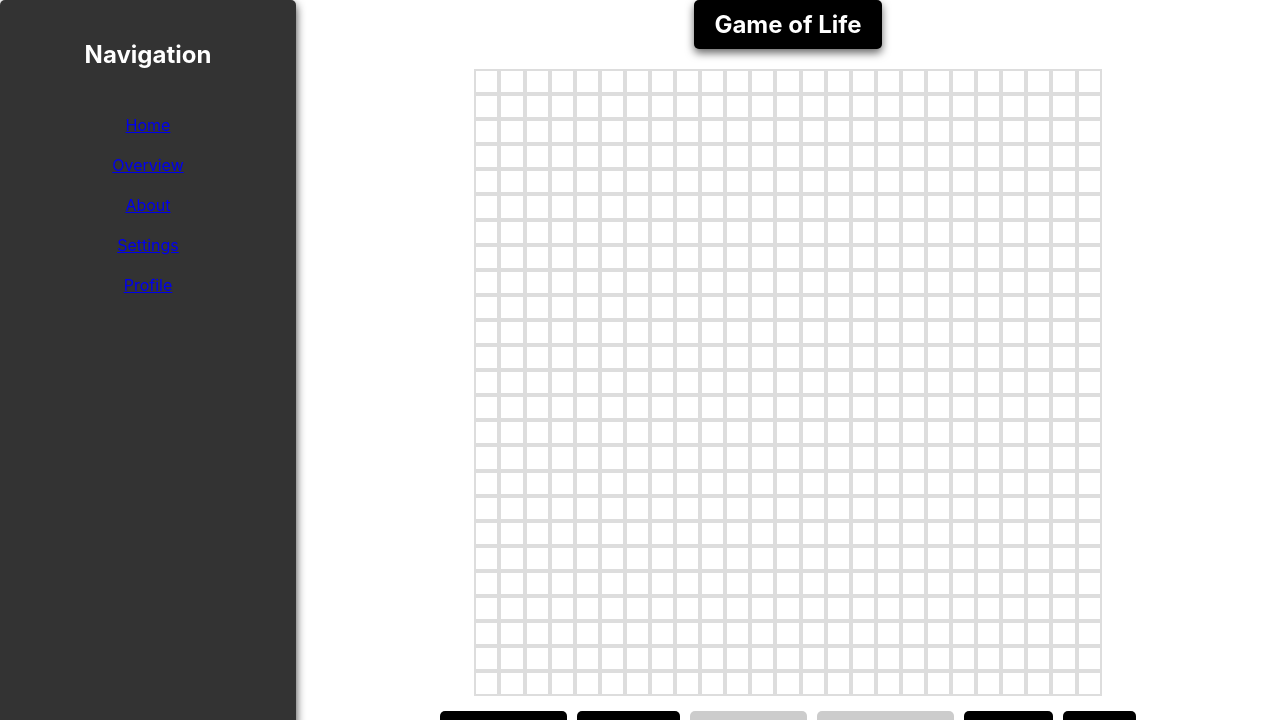
Repository: MarioDiekmann/GameOfLife
Page: /
The author's editor kept a copy of each file at every save. The page is drawn from the files as they stood at one save, then again after the next save.
The browser window is 1280 px wide. The pictures show the whole page.
An inner scrolling area shows only its first screen. The project was rebuilt for these pictures with package versions that can differ from the ones it lists, and the page was loaded fresh each time. Also part of the build but not shown: src/components/InputForm.js, src/components/LoadPatternForm.js, src/components/RegistrationForm.js, src/components/LoginForm.js, src/pages/Overview.js.

Above is the page before, as saved 2024-11-08 00:00:38.

### src/App.js
import React from 'react';
import { BrowserRouter as Router, Route, Routes } from 'react-router-dom';
import Game from './components/Game';
import Overview from './pages/Overview';
import './App.css';
import {AuthProvider} from './AuthContext';


function App() {
  return (
    <AuthProvider>
    <Router>
      <div className="App">
        <Routes>
          <Route path="/" element={<Game/>} />
          <Route path="/Overview" element={<Overview/>} />
        </Routes>
      </div>
    </Router>
    </AuthProvider>
  );
}

export default App;

### src/components/Game.js
import React, { useState, useEffect, useCallback, useRef, useContext } from "react";
import Cell from "./Cell";
import axios from "axios";
import InputForm from "./InputForm";
import './Game.css';
import NavBar from "./NavBar";
import LoadPatternForm from "./LoadPatternForm";
import RegistrationForm from "./RegistrationForm";
import LoginForm from "./LoginForm";
import { AuthContext } from '../AuthContext';

const Game = () => {
    const startingsize = 25;
    const [size, setSize] = useState(startingsize);
    const [epochs, setEpochs] = useState(0);
    const [isEvolving, setIsEvolving] = useState(false);
    const [initialPattern, setInitialPattern] = useState([]);
    const [numResizes, setNumResizes] = useState(0);


    const [isFormVisible, setIsFormVisible] = useState(false); // State to control form visibility
    const [patternRequested, setPatternRequested] = useState(false);
    const [registrationRequested, setRegistrationRequested] = useState(false);
    const [loginRequested, setLoginRequested] = useState(false);
    const initGrid = () => Array.from({ length: size }, () => Array(size).fill(false));
    const [grid, setGrid] = useState(initGrid());
    const [tokenPresent, setTokenPresent] = useState(false);

    const previousGridRef = useRef(grid); // Reference to hold the previous grid

    const { isTokenExpired, handleLogout, token } = useContext(AuthContext);

    useEffect(() => {
        if (isTokenExpired || !token) {
            setTokenPresent(false);
            if (isTokenExpired) {
                alert("Your session has expired. Please log in again.");
                handleLogout();
            }
        } else {
            setTokenPresent(true);
        }
    }, [isTokenExpired, token, handleLogout]);

    const toggleCellState = (row, col) => {
        setGrid(prevGrid => {
            const newGrid = prevGrid.map((r, i) =>
                r.map((cell, j) => (i === row && j === col ? !cell : cell))
            );
            return newGrid;
        });
    };

    const resetGrid = () => {
        setIsEvolving(false);
        setEpochs(0);
        setSize(prevSize => {
            const newGrid = Array.from({ length: startingsize }, () => Array(startingsize).fill(false));
            setGrid(newGrid);
            setInitialPattern(newGrid);
            setNumResizes(0);
            return startingsize;
        });
    };

    const renderGrid = () => {
        return grid.map((row, rowIndex) => (
            <div key={rowIndex} className="row">
                {row.map((cell, colIndex) => (
                    <Cell
                        key={`${rowIndex}-${colIndex}`}
                        isAlive={cell}
                        onClick={() => toggleCellState(rowIndex, colIndex)}
                        numResizes = {numResizes}
                    />
                ))}
            </div>
        ));
    };

    const countNeighboursAlive = useCallback((row, col) => {
        let count = 0;
        for (let i = row - 1; i <= row + 1; i++) {
            for (let j = col - 1; j <= col + 1; j++) {
                if ((i >= 0 && i < size) && (j >= 0 && j < size) && !(i === row && j === col)) {
                    count += grid[i][j] ? 1 : 0;
                }
            }
        }
        return count;
    }, [grid, size]);

    const updateGrid = useCallback(() => {
        let newGrid = grid.map((row, rowIndex) =>
            row.map((cell, colIndex) => {
                const gridCount = countNeighboursAlive(rowIndex, colIndex);
                return cell ? gridCount === 2 || gridCount === 3 : gridCount === 3;
            })
        );
        setGrid(newGrid);
        return newGrid;
    }, [countNeighboursAlive, grid]);

    const saveInitialPattern = () => {
        const deepCopy = grid.map(row => row.slice());
        setInitialPattern(deepCopy); // Save current grid as the initial pattern
    };

    const checkEdges = useCallback(() => {
        const indicesAlive = [];
        // Check upper, right, lower, and left edges
        for (let col = 0; col < size - 2; col++) {
            if (grid[0][col] && grid[0][col + 1] && grid[0][col + 2]) {
                indicesAlive.push([0, col + 1]);
                indicesAlive.push([-1, col + 1]);
            }
        }
        for (let row = 0; row < size - 2; row++) {
            if (grid[row][size - 1] && grid[row + 1][size - 1] && grid[row + 2][size - 1]) {
                indicesAlive.push([row + 1, size - 1]);
                indicesAlive.push([row + 1, size]);
            }
        }
        for (let col = size - 1; col > 1; col--) {
            if (grid[size - 1][col] && grid[size - 1][col - 1] && grid[size - 1][col - 2]) {
                indicesAlive.push([size - 1, col - 1]);
                indicesAlive.push([size, col - 1]);
            }
        }
        for (let row = size - 1; row > 1; row--) {
            if (grid[row][0] && grid[row - 1][0] && grid[row - 2][0]) {
                indicesAlive.push([row - 1, 0]);
                indicesAlive.push([row - 1, -1]);
            }
        }
        return indicesAlive;
    }, [grid, size]);

    const expandGrid = useCallback((indicesAlive) => {
        setGrid(prevGrid => {
            const newSize = 2 * size; // Double the size
            setNumResizes(prev => prev + 1);
            const newGrid = Array.from({ length: newSize }, () => Array(newSize).fill(false));

            // Calculate the offset to center the old grid in the new one
            const rowOffset = Math.floor((newSize - size) / 2);
            const colOffset = Math.floor((newSize - size) / 2);

            // Copy the existing grid to the center of the new grid
            for (let row = 0; row < size; row++) {
                for (let col = 0; col < size; col++) {
                    if (prevGrid[row][col]) {
                        newGrid[row + rowOffset][col + colOffset] = true; // Copy with offsets
                    }
                }
            }

            // Handle indicesAlive and place the alive cells correctly
            for (const [row, col] of indicesAlive) {
                let newRow = row;
                let newCol = col;

                // Adjust row and col if they are outside the original grid
                if (row === -1) newRow = rowOffset - 1;
                if (col === -1) newCol = colOffset - 1;

                newRow += rowOffset;
                newCol += colOffset;

                // Make sure the calculated newRow and newCol are within bounds
                if (newRow >= 0 && newRow < newSize && newCol >= 0 && newCol < newSize) {
                    newGrid[newRow][newCol] = true;  // Mark the cell as alive in the new grid
                }
            }

            setSize(newSize);  // Update size to the new expanded size
            return newGrid;
        });
    }, [size]);

    const runEpoch = useCallback(() => {
        const prevGrid = previousGridRef.current;
        const newGrid = updateGrid();

        const gridsAreEqual = prevGrid.every((row, i) =>
            row.every((cell, j) => cell === newGrid[i][j])
        );

        if (gridsAreEqual) {
            setIsEvolving(false);
            alert("You reached a stillstand");
            return true;
        }

        const indicesAlive = checkEdges(); // Check if we need to expand the grid
        if (indicesAlive.length !== 0) {
            expandGrid(indicesAlive);
        }

        setEpochs(prevEpochs => prevEpochs + 1);
        previousGridRef.current = newGrid;
        return false;
    }, [checkEdges, expandGrid, updateGrid]);

    useEffect(() => {
        if (!isEvolving) return;

        const maxEpochs = 1000;
        let updatedEpochs = 0;

        const interval = setInterval(() => {
            if (updatedEpochs < maxEpochs) {
                const stillstand = runEpoch();
                if (stillstand) {
                    clearInterval(interval);
                }
                updatedEpochs++;
            } else {
                setIsEvolving(false);
                clearInterval(interval);
            }
        }, 2000);

        return () => clearInterval(interval);
    }, [isEvolving, runEpoch]);

    const startEvolution = () => {
        previousGridRef.current = grid;
        saveInitialPattern();
        setIsEvolving(!isEvolving);

    };

    const stopEvolution = () => {
        previousGridRef.current = grid;
        setIsEvolving(!isEvolving);
    };

    const retrievePattern = (pattern)=>{
        initGrid();
        setGrid(pattern);
        setInitialPattern(pattern);
        setEpochs(0);
        setIsEvolving(false);
        setPatternRequested(false);
    }

    const closeForm = () => {
        setIsFormVisible(false); // Close the save pattern form
        setPatternRequested(false); // Close the retrieve pattern form
        setRegistrationRequested(false); // Close the registration form
        setLoginRequested(false); // Close the login form
    };

    const closeLogin = () => {
        setLoginRequested(false); // Close the login form
        window.location.reload();
    };

    const makeFormVisible = () => {
        saveInitialPattern();                                       //now does it work wiout start evolution???
        setIsFormVisible(true); // Show the form to save pattern
    };

    const makeRequestVisible = () => {
        setPatternRequested(true); // Show the form to retrieve pattern
    };

    const makeRegistrationVisible = () => {
        setRegistrationRequested(true); // Show the form to register
    };

    const makeLoginVisible = () => {
        if(token){
            handleLogout();
        }
        else{
        setLoginRequested(true)}; // Show the form to log in

    };



    return (
        <div style={{ display: 'flex', height: '100vh', overflow: 'hidden' }}>
            <NavBar />
            <div style={{ flexGrow: 1, display: 'flex', flexDirection: 'column', alignItems: 'center', overflowY: 'auto' }}>
                <div className="banner">
                    <h1>Game of Life</h1>
                </div>
                <br/>
                <div style={{ display: 'flex', flexDirection: 'column', alignItems: 'center', flexGrow: 1 }}>
                    {renderGrid()}
                    <div className="button-container">
                        <button className="button" onClick={isEvolving ? stopEvolution : startEvolution}>
                            {isEvolving ? "Stop Evolution" : "Start Evolution"}
                        </button>
                        <button className="button reset-btn" onClick={resetGrid}>Reset Grid</button>
                        <button className="button" onClick={makeFormVisible} disabled={!tokenPresent}>Save Pattern</button>
                        <button className="button" onClick={makeRequestVisible} disabled={!tokenPresent}>Retrieve Pattern</button>
                        <button className="button" onClick={makeRegistrationVisible}>Register</button>
                        <button className="button" onClick={makeLoginVisible}>{token ? "Logout" : "Login"}</button>
                    </div>
                </div>

                {/* Conditional form popups */}
                {isFormVisible && (
                    <div className="popup-overlay">
                        <div className="popup-content">
                            <InputForm pattern={initialPattern} onSubmit={closeForm} />
                        </div>
                    </div>
                )}
                {patternRequested && (
                    <div className="popup-overlay">
                        <div className="popup-content">
                            <LoadPatternForm onSubmit={closeForm} dataHandling={retrievePattern} />
                        </div>
                    </div>
                )}
                {registrationRequested && (
                    <div className="popup-overlay">
                        <div className="popup-content">
                            <RegistrationForm onSubmit={closeForm} />
                        </div>
                    </div>
                )}
                {loginRequested && (
                    <div className="popup-overlay">
                        <div className="popup-content">
                            <LoginForm onSubmit={closeLogin} />
                        </div>
                    </div>
                )}
            </div>
        </div>
    );


};

export default Game;

### src/AuthContext.js
import React, { createContext, useState, useEffect, useRef, useCallback } from 'react';

export const AuthContext = createContext();

export const AuthProvider = ({ children }) => {
    const [token, setToken] = useState(localStorage.getItem('authToken'));
    const tokenRef = useRef(token);
    const expirationCheckInterval = useRef(null);

    const isTokenExpired = (token) => {
        if (!token) return true;
        try {
            const { exp } = JSON.parse(atob(token.split('.')[1]));
            return Date.now() >= exp * 1000;
        } catch (error) {
            console.error('Error checking token expiration:', error);
            return true;
        }
    };

    const handleLogout = useCallback(() => {
        console.log('Logging out, clearing token');
        localStorage.removeItem('authToken');
        setToken(null);
        tokenRef.current = null;
        clearInterval(expirationCheckInterval.current);
    }, []);

    const handleExpirationAlert = useCallback(() => {
        console.log('Session expired, alerting user');
        alert('Your session has expired. Please log in again.');
        handleLogout();
    }, [handleLogout]);

    const handleLogin = (newToken) => {
        console.log('Logging in with new token:', newToken);
        localStorage.setItem('authToken', newToken);
        setToken(newToken);
        tokenRef.current = newToken;

        // Check for expiration immediately
        if (isTokenExpired(newToken)) {
            handleExpirationAlert();
        } else {
            startExpirationCheck();
        }
    };

    const startExpirationCheck = useCallback(() => {
        console.log('Starting expiration check interval');
        clearInterval(expirationCheckInterval.current);
        expirationCheckInterval.current = setInterval(() => {
            console.log('Interval tick, checking token expiration');
            if (isTokenExpired(tokenRef.current)) {
                handleExpirationAlert();
            }
        }, 1000);
    }, [handleExpirationAlert]);

    useEffect(() => {
        console.log('useEffect triggered: token is', token);
        tokenRef.current = token;

        if (token) {
            console.log('Token is set, starting expiration check');
            startExpirationCheck();
        } else {
            console.log('No token, clearing interval');
            clearInterval(expirationCheckInterval.current);
        }

        return () => {
            console.log('Clearing interval on unmount or dependency change');
            clearInterval(expirationCheckInterval.current);
        };
    }, [token, startExpirationCheck]);

    return (
        <AuthContext.Provider value={{ token, handleLogin, handleLogout }}>
            {children}
        </AuthContext.Provider>
    );
};

### src/components/Cell.js
import React, { useEffect, useState } from 'react';
import './Cell.css';

const Cell = ({ isAlive, onClick, numResizes }) => {
  const [cellSize, setCellSize] = useState(0);

  useEffect(() => {
    // Update cell size based on screen width and height
    const updateCellSize = () => {
      const screenWidth = window.innerWidth;
      const screenHeight = window.innerHeight;

      // Calculate the number of cells that can fit horizontally and vertically
      const cellsPerRow = Math.floor(screenWidth / 25);
      const cellsPerColumn = Math.floor(screenHeight / 25);

      // Choose the smaller of the two values to ensure the grid fits within the screen
      const screenCellSize = Math.min(screenWidth / cellsPerRow, screenHeight / cellsPerColumn);

      // Apply resizing logic with numResizes
      const finalCellSize = screenCellSize / Math.pow(2, numResizes);

      setCellSize(finalCellSize);
    };

    // Call once on mount and whenever the window is resized
    updateCellSize();
    window.addEventListener('resize', updateCellSize);

    return () => {
      window.removeEventListener('resize', updateCellSize);
    };
  }, [numResizes]);

  return (
    <div
      className={`cell ${isAlive ? 'alive' : 'dead'}`}
      onClick={onClick}
      style={{
        width: `${cellSize}px`,
        height: `${cellSize}px`,
      }}
    ></div>
  );
};

export default Cell;

### src/components/Game.css
/* Set the html and body to occupy the full viewport height */
html, body {
    height: 100%;
    margin: 0;
    overflow: hidden; /* Prevent scrolling */
}

#root, .Game-container {
    height: 100%;
    display: flex;
    flex-direction: column;
}

/* Center and control the size of the grid and buttons container */
.grid-container {
    flex-grow: 1;
    overflow: auto;
    display: flex;
    flex-direction: column;
    align-items: center;
    justify-content: center;
    max-height: 70vh; /* Limit grid height */
}

.button-container {
    display: flex;
    justify-content: center;
    margin-top: 10px;
}

.banner {
    background-color: black;
    padding: 10px 20px;
    text-align: center;
    box-shadow: 0 4px 8px rgba(0, 0, 0, 0.6);
    border-radius: 5px;
}

.banner h1 {
    color: white;
    font-size: 2.5em;
    text-shadow: 2px 2px 5px rgba(0, 0, 0, 0.8);
    margin: 0;
}

.button {
    background-color: black;
    color: white;
    padding: 10px 20px;
    border: none;
    border-radius: 5px;
    cursor: pointer;
    margin: 5px;
    text-shadow: 2px 2px 5px rgba(0, 0, 0, 0.8);
}

.button:hover {
    background-color: #333;
}

.button:disabled {
    background-color: #ccc;
    color: #666;
    cursor: not-allowed;
}

/* Overlay for modals */
.popup-overlay {
    position: fixed;
    top: 0;
    left: 0;
    width: 100vw;
    height: 100vh;
    background: rgba(0, 0, 0, 0.5);
    display: flex;
    justify-content: center;
    align-items: center;
    z-index: 1000;
}

.popup-content {
    background: white;
    padding: 20px;
    border-radius: 8px;
    box-shadow: 0 4px 8px rgba(0, 0, 0, 0.1);
    width: 300px;
}

### src/components/NavBar.js
import React from 'react';
import { Link } from 'react-router-dom';
import './NavBar.css';

const NavBar = () => {
    const navItems = [
        { name: "Home", path: "/" },
        { name: "Overview", path: "/Overview" },
        { name: "About", path: "/about" },
        { name: "Settings", path: "/settings" },
        { name: "Profile", path: "/profile" },
    ];

    return (
        <div className="navbar">
            <h2>Navigation</h2>
            <ul>
                {navItems.map((item, index) => (
                    <li key={index}>
                        <Link to={item.path}>{item.name}</Link>
                    </li>
                ))}
            </ul>
        </div>
    );
};

export default NavBar;

### src/pages/Overview.css
/* Overview.css */
.overview-container {
    display: flex;
    height: 100vh;
}

.navbar {
    width: 20%;
    background-color: #333;
    color: #fff;
    display: flex;
    flex-direction: column;
    align-items: center;
    padding-top: 20px;
    min-height: 100%;
}

.content {
    flex: 1;
    display: flex;
    flex-direction: column;
    align-items: center;
    padding: 20px;
}

.banner h1 {
    color: white;
    font-size: 1.5em;
    text-shadow: 1px 1px 2px rgba(0, 0, 0, 0.5);
    margin: 0;
}

.text-content {
    margin-top: 20px;
    color: #333;
    text-align: center;
    font-size: 1.2em;
}

### src/components/Cell.css
/* Ensure no margin between rows or cells */
.row {
  display: flex; /* Align cells in a row without any gap */
  margin: 0; /* Remove any margin */
  padding: 0; /* Remove any padding */
}

/* No margin or padding for cells */
.cell {
  display: inline-flex;
  border: 2px solid #ddd;
  box-sizing: border-box;
  transition: background-color 0.3s;
  margin: 0; /* Remove margin */
  padding: 0; /* Remove padding */
}

.cell.alive {
  background-color: black;
}

.cell.dead {
  background-color: white;
}

### src/components/NavBar.css
.navbar {
    background-color: black;            /* Black background */
    color: white;                       /* White text color */
    padding: 20px;                      /* Padding around the content */
    width: 200px;                       /* Set width for the navbar */
    box-shadow: 0 4px 10px rgba(0, 0, 0, 0.8); /* Add shadow */
    border-radius: 5px;                /* Rounded corners */
    height: 100%;                       /* Full height */
}

.navbar h2 {
    text-align: center;                 /* Center header text */
    margin-bottom: 20px;                /* Space below the header */
}

/* Other styles remain unchanged */


.navbar ul {
    list-style-type: none;              /* Remove default list styles */
    padding: 0;                         /* Remove padding */
}

.navbar li {
    padding: 10px;                      /* Padding for each item */
    cursor: pointer;                    /* Pointer cursor on hover */
    text-align: center;                 /* Center text */
    transition: background-color 0.3s;  /* Smooth background change */
}

.navbar li:hover {
    background-color: #444;             /* Change background on hover */
}

Loaded but not shown: public/index.html (common file); src/index.js (common file); src/index.css (common file); src/reportWebVitals.js (common file); src/App.css (common file)

After the next save:
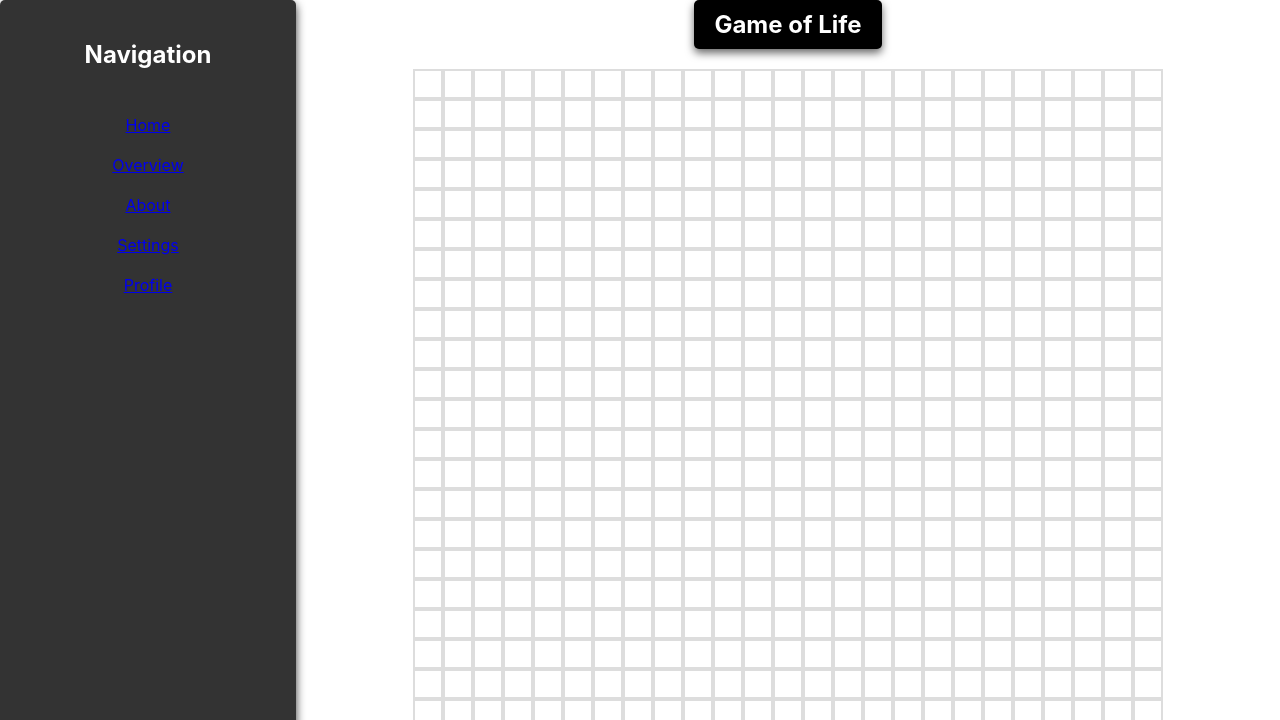
Saved 23 s later.
--- a/src/components/Cell.js
+++ b/src/components/Cell.js
@@ -11,8 +11,8 @@ const Cell = ({ isAlive, onClick, numResizes }) => {
       const screenHeight = window.innerHeight;
 
       // Calculate the number of cells that can fit horizontally and vertically
-      const cellsPerRow = Math.floor(screenWidth / 25);
-      const cellsPerColumn = Math.floor(screenHeight / 25);
+      const cellsPerRow = Math.floor(screenWidth / 30);
+      const cellsPerColumn = Math.floor(screenHeight / 30);
 
       // Choose the smaller of the two values to ensure the grid fits within the screen
       const screenCellSize = Math.min(screenWidth / cellsPerRow, screenHeight / cellsPerColumn);
